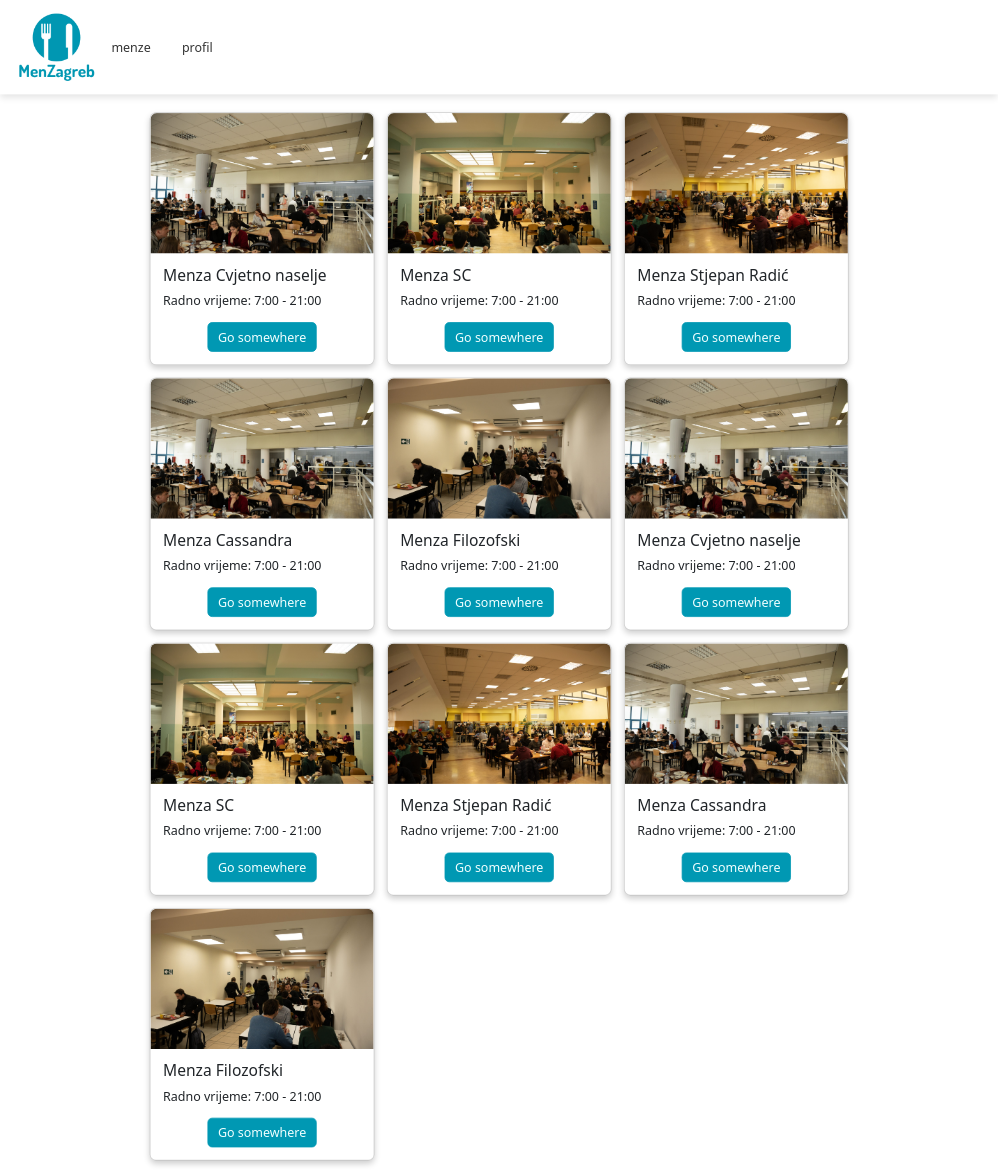
Repository: MENZG/menZg
Page: /menze (app in IzvorniKod/)
An editor plug-in stored every save of this project. The page is shown before and after the next save, followed by the edit.
The browser window is 1280 px wide. The pictures show the whole page, at 78% of full size.
The project was rebuilt for these pictures with package versions that can differ from the ones it lists, and the page was loaded fresh each time. Also part of the build but not shown: IzvorniKod/vite.config.ts, IzvorniKod/src/Components/LoginForm.tsx, IzvorniKod/src/Components/AdminLogin.tsx, IzvorniKod/src/Components/EmployeeLogin.tsx, IzvorniKod/src/Components/Profil.tsx, IzvorniKod/src/Components/NavBarAdmin.tsx, IzvorniKod/src/Components/AddMenza.tsx, IzvorniKod/src/Components/AddEmployee.tsx and 5 more.

Above is the page before, as saved 2024-11-06 20:46:43.

After the next save:
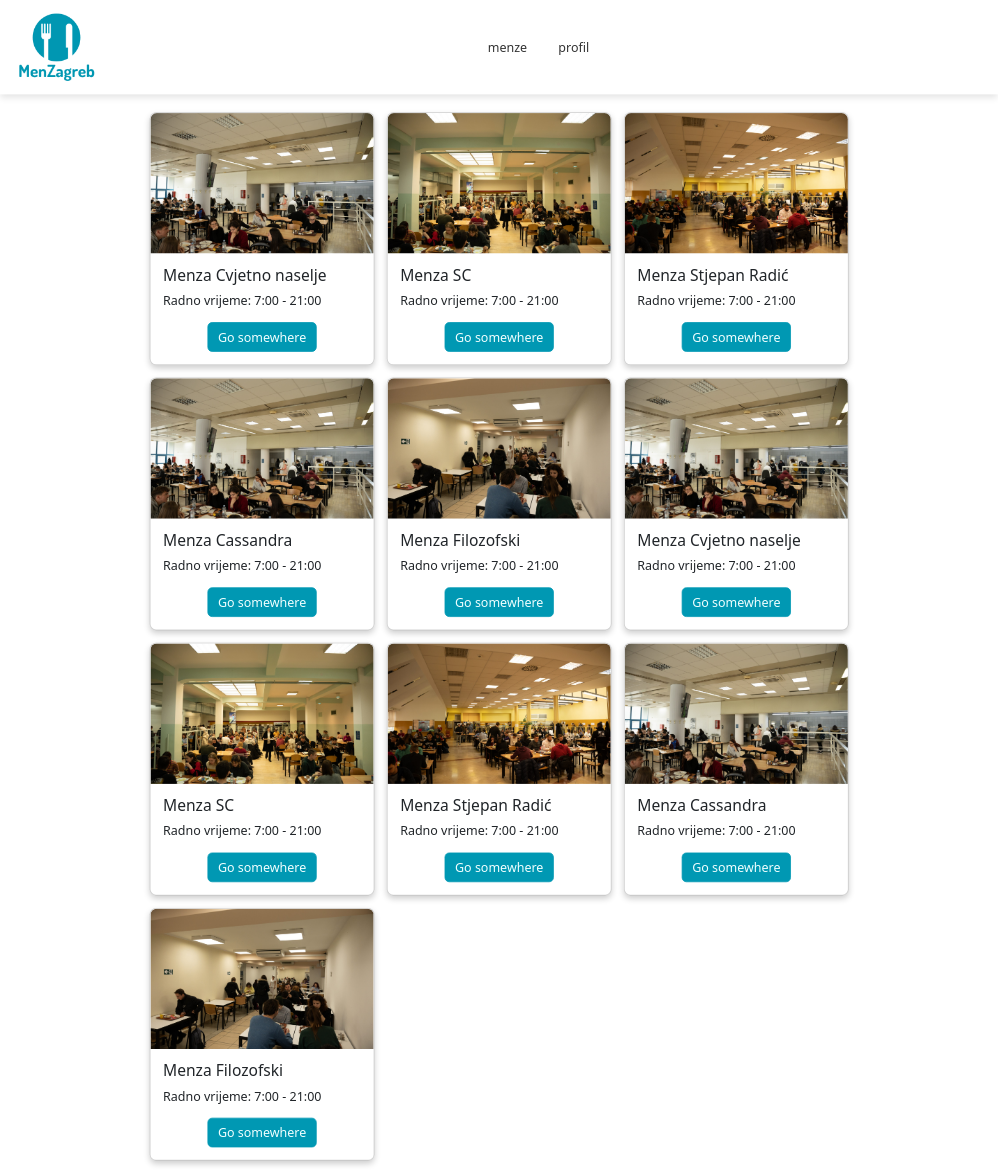
Saved 115 s later.
--- a/IzvorniKod/src/Components/NavBar.tsx
+++ b/IzvorniKod/src/Components/NavBar.tsx
@@ -21,7 +21,7 @@
           className="logo-img"
         ></img>
         <div className="nav-btn-container">
-          <ul className="navbar-nav me-auto mb-2 mb-lg-0">
+          <ul className="navbar-nav mb-2 mb-lg-0">
             <li className="nav-item">
               <Button className="nav-btn" onClick={handleOnClickMenze}>
                 menze

After the save that followed:
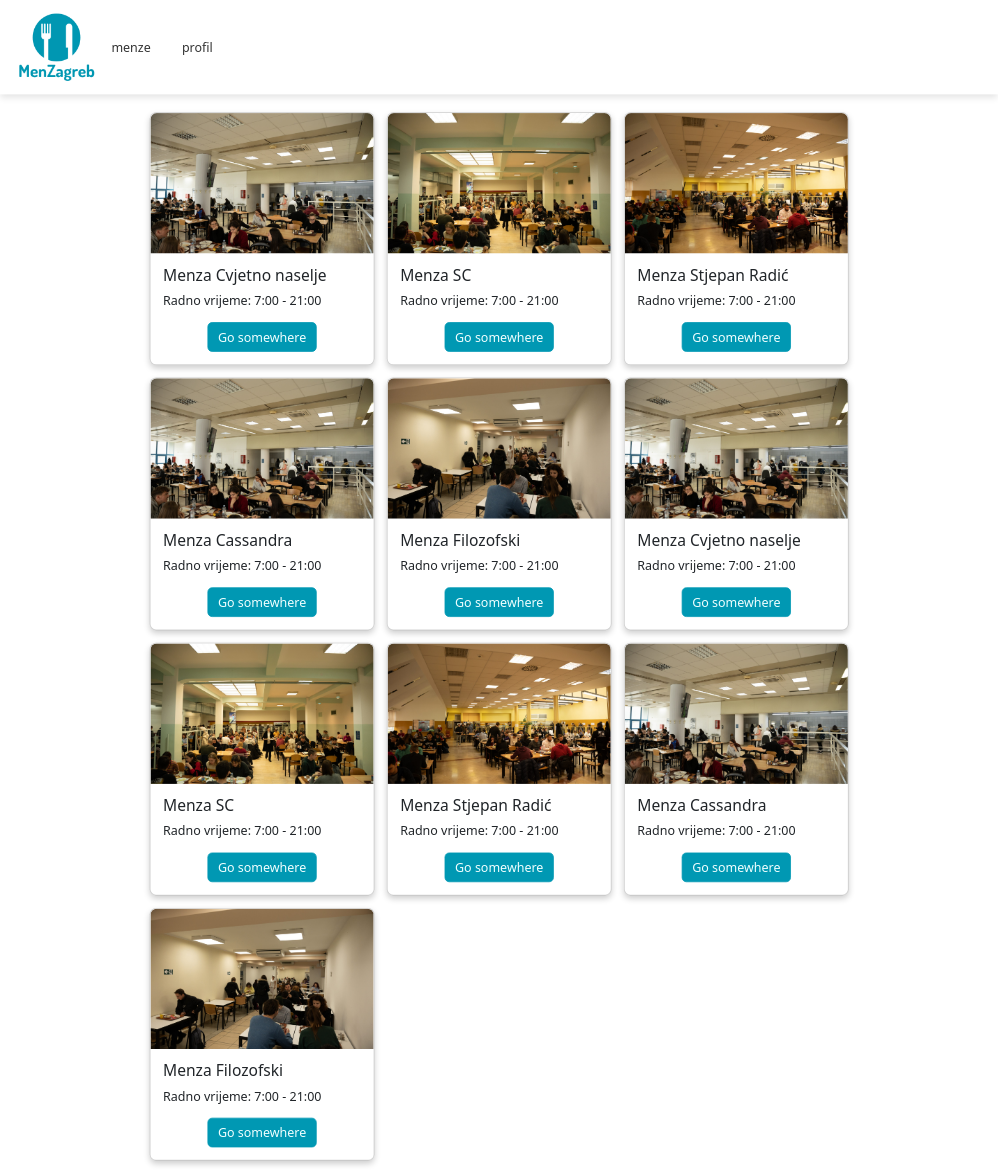
Saved 2 min 26 s later.
--- a/IzvorniKod/src/Components/NavBar.tsx
+++ b/IzvorniKod/src/Components/NavBar.tsx
@@ -21,7 +21,7 @@
           className="logo-img"
         ></img>
         <div className="nav-btn-container">
-          <ul className="navbar-nav mb-2 mb-lg-0">
+          <ul className="navbar-nav me-auto mb-2 mb-lg-0">
             <li className="nav-item">
               <Button className="nav-btn" onClick={handleOnClickMenze}>
                 menze
